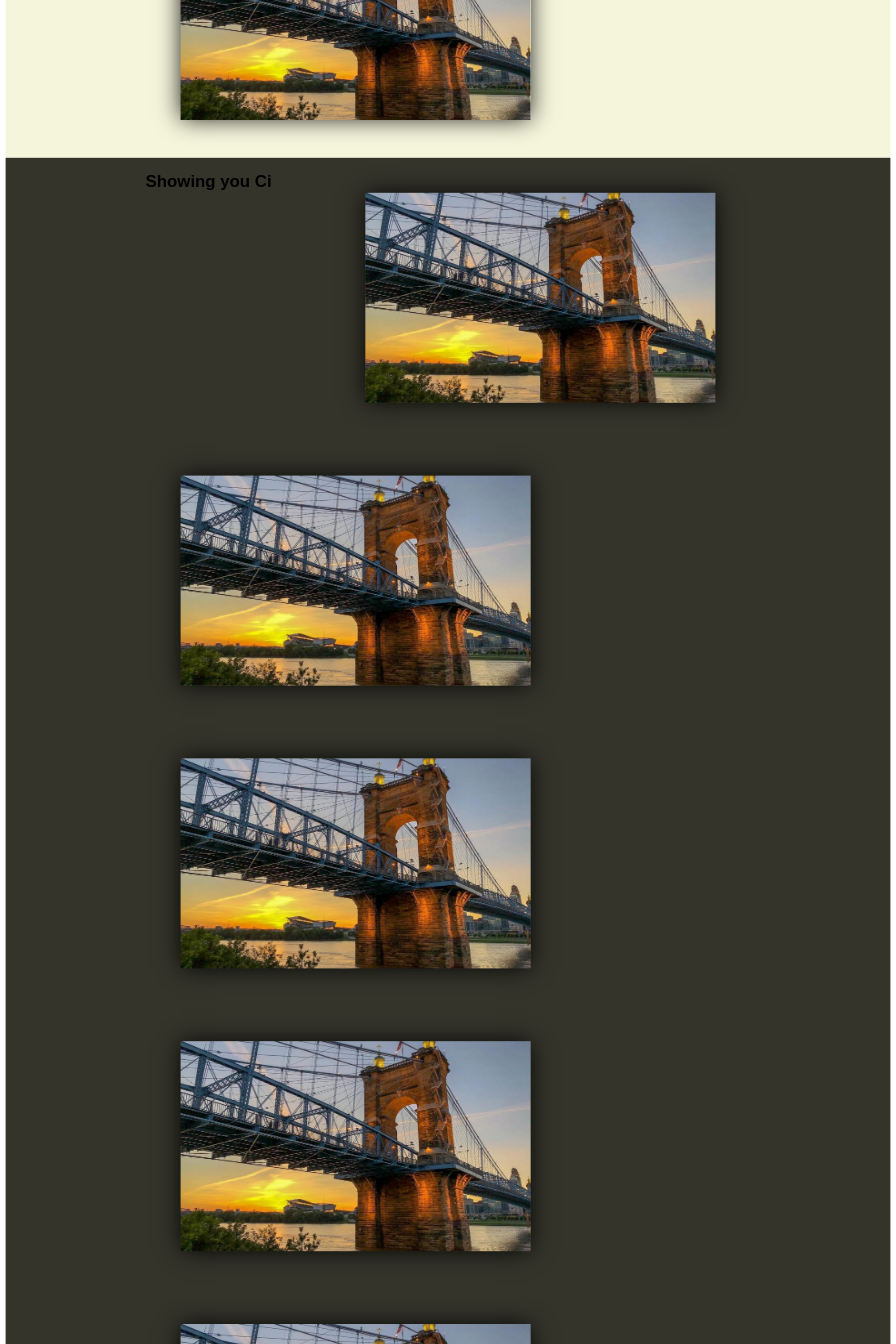
Repository: LtGriff/capstoneprogress
Page: index.html
The author's editor kept a copy of each file at every save. The page is drawn from the files as they stood at one save, then again after the next save.
The browser window is 1280 px wide. The pictures show the part of the page from y = 1868 to 3788 px (the page is 4122 px tall before and 4190 px after), at 70% of full size.

Above is the page before, as saved 2022-06-06 00:24:58.

### index.html
<!DOCTYPE html>
<html lang="en">
<head>
     <meta charset="UTF-8">
     <meta http-equiv="X-UA-Compatible" content="IE=edge">
     <meta name="viewport" content="width=device-width, initial-scale=1.0">
     <title>Document</title>
     <link rel="stylesheet" href="style.css">
</head>
<body>


     </html><nav id="main-menu">
     <ul class="nav-bar">
          <li class="nav-button-home"><a href="#">Home</a></li>
          <li class="nav-button-services"><a href="#">Services</a></li>
          <li class="nav-button-products"><a href="#">Products</a></li>
     </ul>
</nav>


<section class="gallery">
     <div class="picture">
          <img src="img/bridge.jpg" alt="bridge">


     </div>

     <div class="picture">
          <img src="img/bridge.jpg" alt="bridge">


     </div>

     <div class="picture">
          <img src="img/bridge.jpg" alt="bridge">


     </div>

     <div class="picture">
          <img src="img/bridge.jpg" alt="bridge">


     </div>


     <div class="picture">
          <img src="img/bridge.jpg" alt="bridge">


     </div>
</section>





<section class="gallerytwo">

                         <h1>Showing you Ci</h1>

     <div class="picture">
          <img src="img/bridge.jpg" alt="bridge">


     </div>

     <div class="picture">
          <img src="img/bridge.jpg" alt="bridge">


     </div>

     <div class="picture">
          <img src="img/bridge.jpg" alt="bridge">


     </div>

     <div class="picture">
          <img src="img/bridge.jpg" alt="bridge">


     </div>


     <div class="picture">
          <img src="img/bridge.jpg" alt="bridge">


     </div>
</section>


</body>

### style.css
body { font-family: sans-serif; }

#main-menu .nav-bar { list-style:none; margin-top: 40px; }
#main-menu .nav-bar li { display:inline; padding:0 10px; }

#main-menu .nav-bar li a {
  text-decoration: none;
  padding-left: 25px;
  text-transform: uppercase;
  color: #333;
	text-shadow: 1px 1px 1px #ccc;
}

.nav-bar .nav-button-home a { background:url("https://www.cheesetoast.co.uk/cheesepress/wp-content/uploads/2012/08/home.gif") no-repeat 0px -2px transparent; }

.nav-bar .nav-button-services a { background:url("https://www.cheesetoast.co.uk/cheesepress/wp-content/uploads/2012/08/services.gif") no-repeat 0px -2px transparent; }

.nav-bar .nav-button-products a { background:url("https://www.cheesetoast.co.uk/cheesepress/wp-content/uploads/2012/08/products.gif") no-repeat 0px -2px transparent; }


.gallery{
  display: flex;
  flex-direction: row;
  flex-wrap: wrap;
  justify-content: space-between;
  background-color: beige;
  height: 100%;
  padding: 0px 200px;
}

.gallery .picture{
  margin: 50px;
}

.gallery .picture img{
  width: 500px;
  height: 300px;
  box-shadow: 0px 0px 32px -1px rgba(0, 0, 0, 0.9);
}

/* Gallery two */

.gallerytwo{
  display: flex;
  flex-direction: row;
  flex-wrap: wrap;
  justify-content: space-between;
  background-color: rgb(52, 52, 43);
  height: 100%;
  padding: 0px 200px;
}

.gallerytwo .picture{
  margin: 50px;
}

.gallerytwo .picture img{
  width: 500px;
  height: 300px;
  box-shadow: 0px 0px 32px -1px rgba(0, 0, 0, 0.9);
}

After the next save:
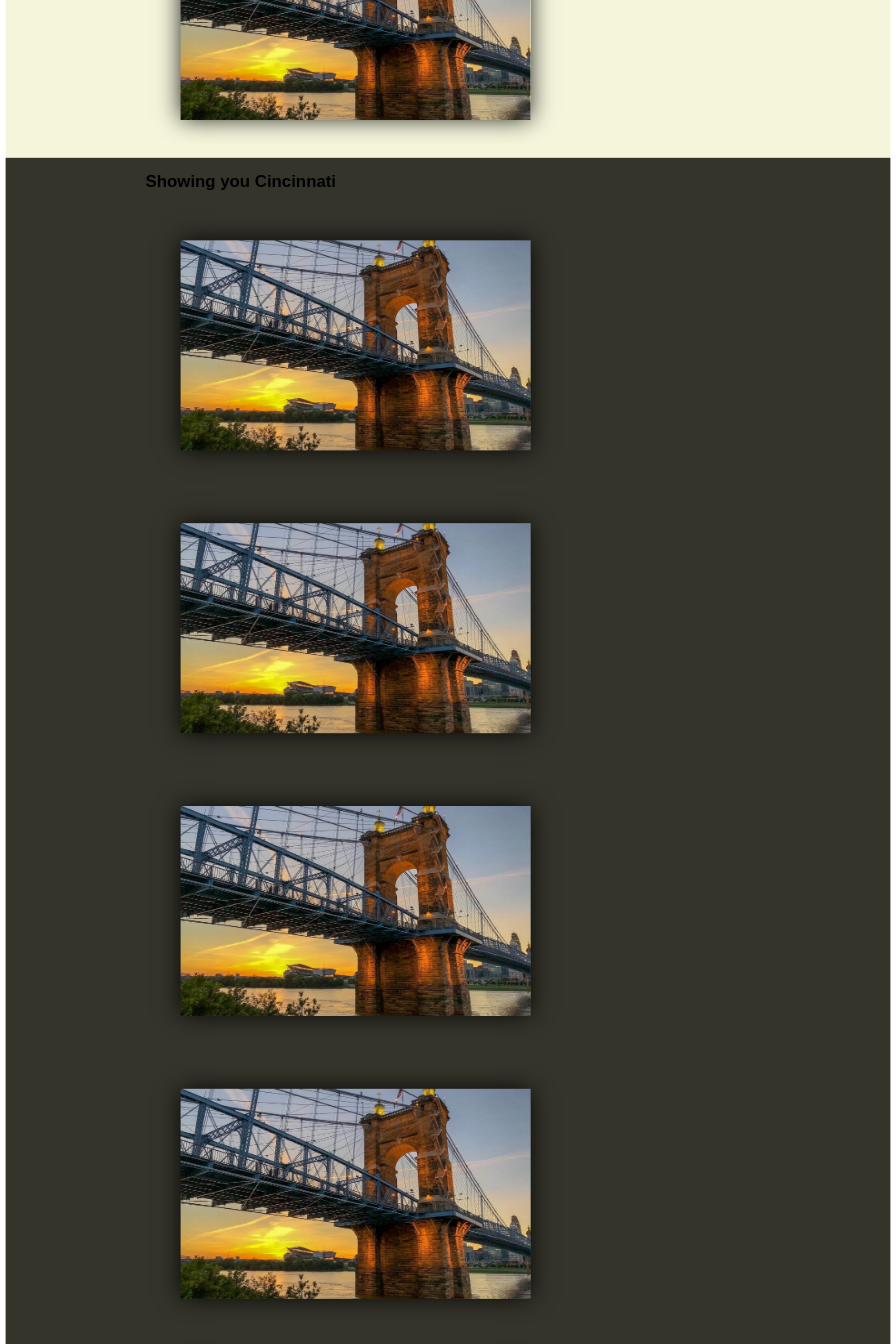
Saved 4 s later.
--- a/index.html
+++ b/index.html
@@ -58,7 +58,7 @@
 
 <section class="gallerytwo">
 
-                         <h1>Showing you Ci</h1>
+                         <h1>Showing you Cincinnati</h1>
 
      <div class="picture">
           <img src="img/bridge.jpg" alt="bridge">
